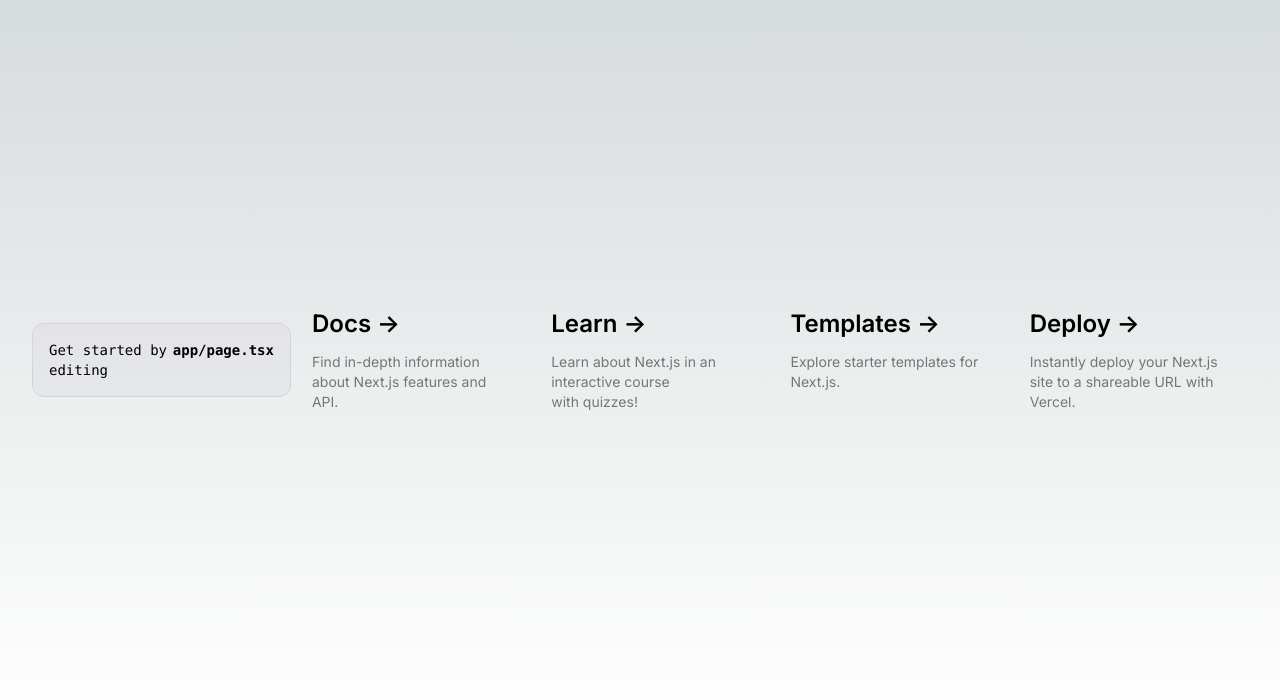
Repository: loktioncode/events-app
Page: /
The author's editor kept a copy of each file at every save. The page is drawn from the files as they stood at one save, then again after the next save.
The browser window is 1280 px wide. The pictures show the whole page.
The project was rebuilt for these pictures with package versions that can differ from the ones it lists, and the page was loaded fresh each time. The framework's server and built-in components were replaced by stand-ins that run in the browser. Also part of the build but not shown: next.config.js.

Above is the page before, as saved 2023-11-30 18:06:38.

### app/page.tsx
import Image from 'next/image'

export default function Home() {
  return (
    <main className="flex min-h-screen flex-row items-center justify-between p-8">

      <div className="z-10 items-center justify-between font-mono text-sm lg:flex">
        <p className="fixed left-0 top-0 flex w-full justify-center border-b border-gray-300 bg-gradient-to-b from-zinc-200 pb-6 pt-8 backdrop-blur-2xl dark:border-neutral-800 dark:bg-zinc-800/30 dark:from-inherit lg:static lg:w-auto  lg:rounded-xl lg:border lg:bg-gray-200 lg:p-4 lg:dark:bg-zinc-800/30">
          Get started by editing&nbsp;
          <code className="font-mono font-bold">app/page.tsx</code>
        </p>
      </div>


      <div className="mb-32 grid text-center lg:max-w-5xl lg:w-full lg:mb-0 lg:grid-cols-4 lg:text-left">
        <a
          href="https://nextjs.org/docs?utm_source=create-next-app&utm_medium=appdir-template&utm_campaign=create-next-app"
          className="group rounded-lg border border-transparent px-5 py-4 transition-colors hover:border-gray-300 hover:bg-gray-100 hover:dark:border-neutral-700 hover:dark:bg-neutral-800/30"
          target="_blank"
          rel="noopener noreferrer"
        >
          <h2 className={`mb-3 text-2xl font-semibold`}>
            Docs{' '}
            <span className="inline-block transition-transform group-hover:translate-x-1 motion-reduce:transform-none">
              -&gt;
            </span>
          </h2>
          <p className={`m-0 max-w-[30ch] text-sm opacity-50`}>
            Find in-depth information about Next.js features and API.
          </p>
        </a>

        <a
          href="https://nextjs.org/learn?utm_source=create-next-app&utm_medium=appdir-template-tw&utm_campaign=create-next-app"
          className="group rounded-lg border border-transparent px-5 py-4 transition-colors hover:border-gray-300 hover:bg-gray-100 hover:dark:border-neutral-700 hover:dark:bg-neutral-800/30"
          target="_blank"
          rel="noopener noreferrer"
        >
          <h2 className={`mb-3 text-2xl font-semibold`}>
            Learn{' '}
            <span className="inline-block transition-transform group-hover:translate-x-1 motion-reduce:transform-none">
              -&gt;
            </span>
          </h2>
          <p className={`m-0 max-w-[30ch] text-sm opacity-50`}>
            Learn about Next.js in an interactive course with&nbsp;quizzes!
          </p>
        </a>

        <a
          href="https://vercel.com/templates?framework=next.js&utm_source=create-next-app&utm_medium=appdir-template&utm_campaign=create-next-app"
          className="group rounded-lg border border-transparent px-5 py-4 transition-colors hover:border-gray-300 hover:bg-gray-100 hover:dark:border-neutral-700 hover:dark:bg-neutral-800/30"
          target="_blank"
          rel="noopener noreferrer"
        >
          <h2 className={`mb-3 text-2xl font-semibold`}>
            Templates{' '}
            <span className="inline-block transition-transform group-hover:translate-x-1 motion-reduce:transform-none">
              -&gt;
            </span>
          </h2>
          <p className={`m-0 max-w-[30ch] text-sm opacity-50`}>
            Explore starter templates for Next.js.
          </p>
        </a>

        <a
          href="https://vercel.com/new?utm_source=create-next-app&utm_medium=appdir-template&utm_campaign=create-next-app"
          className="group rounded-lg border border-transparent px-5 py-4 transition-colors hover:border-gray-300 hover:bg-gray-100 hover:dark:border-neutral-700 hover:dark:bg-neutral-800/30"
          target="_blank"
          rel="noopener noreferrer"
        >
          <h2 className={`mb-3 text-2xl font-semibold`}>
            Deploy{' '}
            <span className="inline-block transition-transform group-hover:translate-x-1 motion-reduce:transform-none">
              -&gt;
            </span>
          </h2>
          <p className={`m-0 max-w-[30ch] text-sm opacity-50`}>
            Instantly deploy your Next.js site to a shareable URL with Vercel.
          </p>
        </a>
      </div>
    </main>
  )
}

Loaded but not shown: app/layout.tsx (common file); app/globals.css (common file); tailwind.config.js (common file)

After the next save:
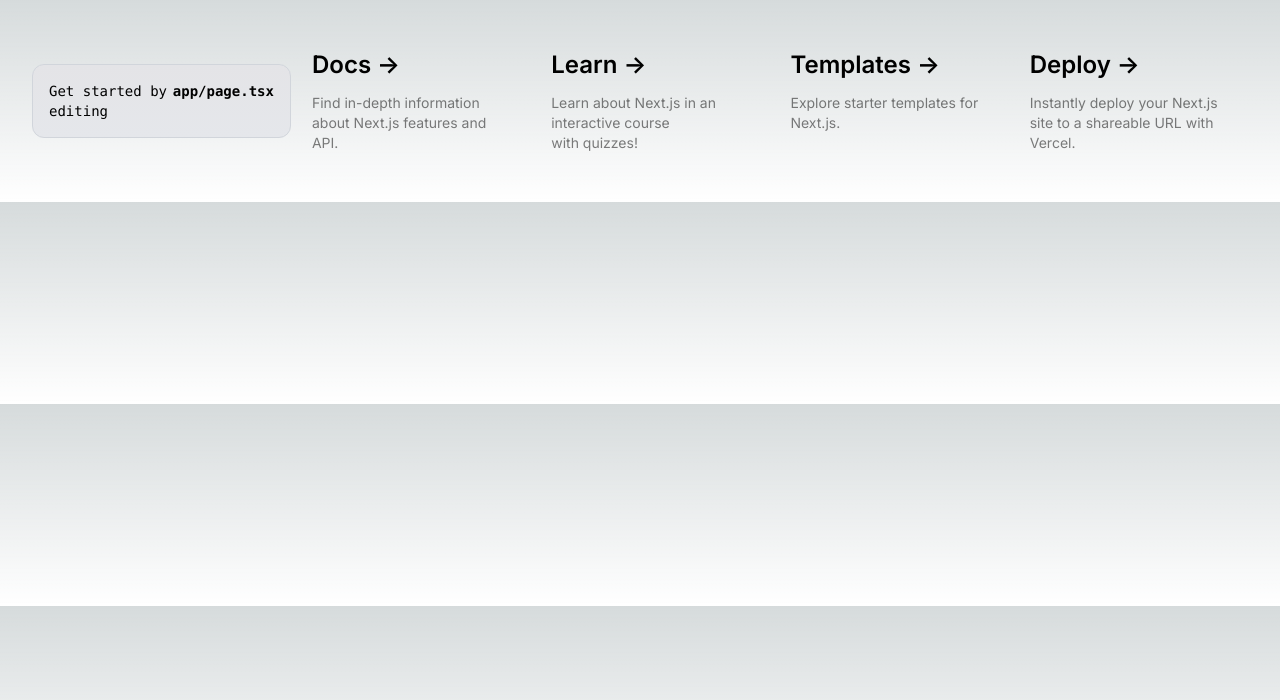
Saved 53 s later.
--- a/app/page.tsx
+++ b/app/page.tsx
@@ -2,7 +2,7 @@
 
 export default function Home() {
   return (
-    <main className="flex min-h-screen flex-row items-center justify-between p-8">
+    <main className="flex flex-row p-8">
 
       <div className="z-10 items-center justify-between font-mono text-sm lg:flex">
         <p className="fixed left-0 top-0 flex w-full justify-center border-b border-gray-300 bg-gradient-to-b from-zinc-200 pb-6 pt-8 backdrop-blur-2xl dark:border-neutral-800 dark:bg-zinc-800/30 dark:from-inherit lg:static lg:w-auto  lg:rounded-xl lg:border lg:bg-gray-200 lg:p-4 lg:dark:bg-zinc-800/30">

After the save that followed:
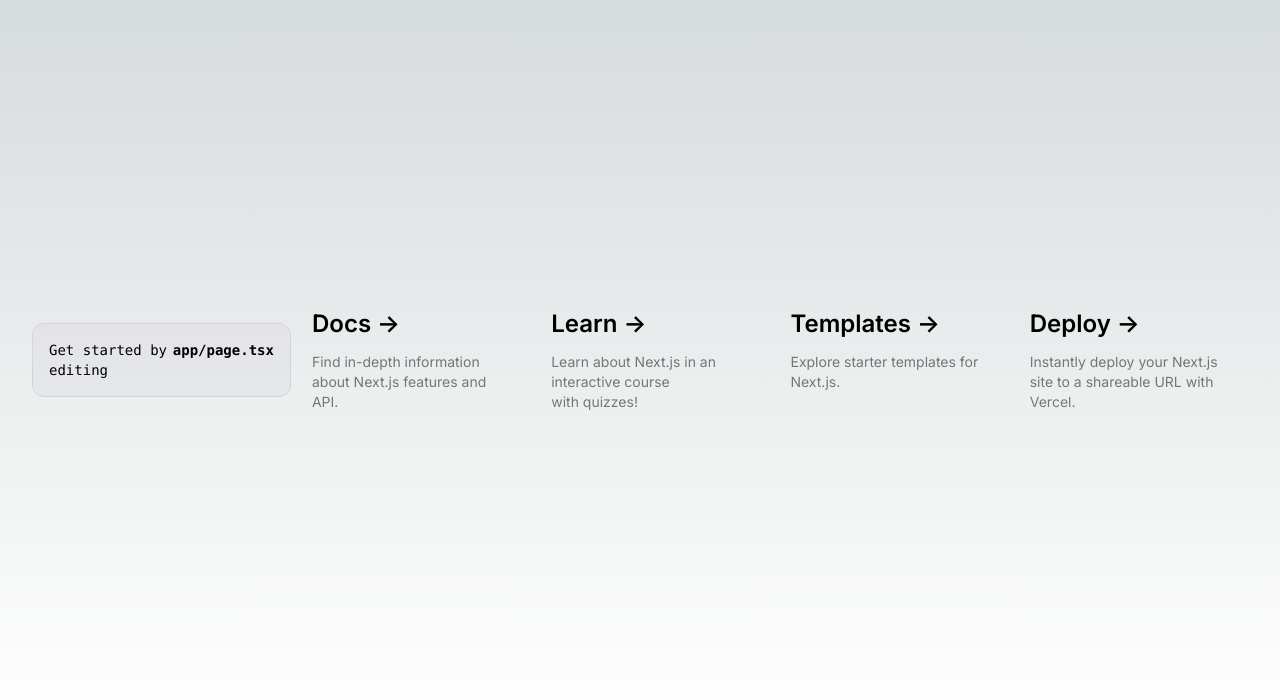
Saved 9 s later.
--- a/app/page.tsx
+++ b/app/page.tsx
@@ -2,7 +2,7 @@
 
 export default function Home() {
   return (
-    <main className="flex flex-row p-8">
+    <main className="flex min-h-screen flex-row items-center justify-between p-8">
 
       <div className="z-10 items-center justify-between font-mono text-sm lg:flex">
         <p className="fixed left-0 top-0 flex w-full justify-center border-b border-gray-300 bg-gradient-to-b from-zinc-200 pb-6 pt-8 backdrop-blur-2xl dark:border-neutral-800 dark:bg-zinc-800/30 dark:from-inherit lg:static lg:w-auto  lg:rounded-xl lg:border lg:bg-gray-200 lg:p-4 lg:dark:bg-zinc-800/30">
